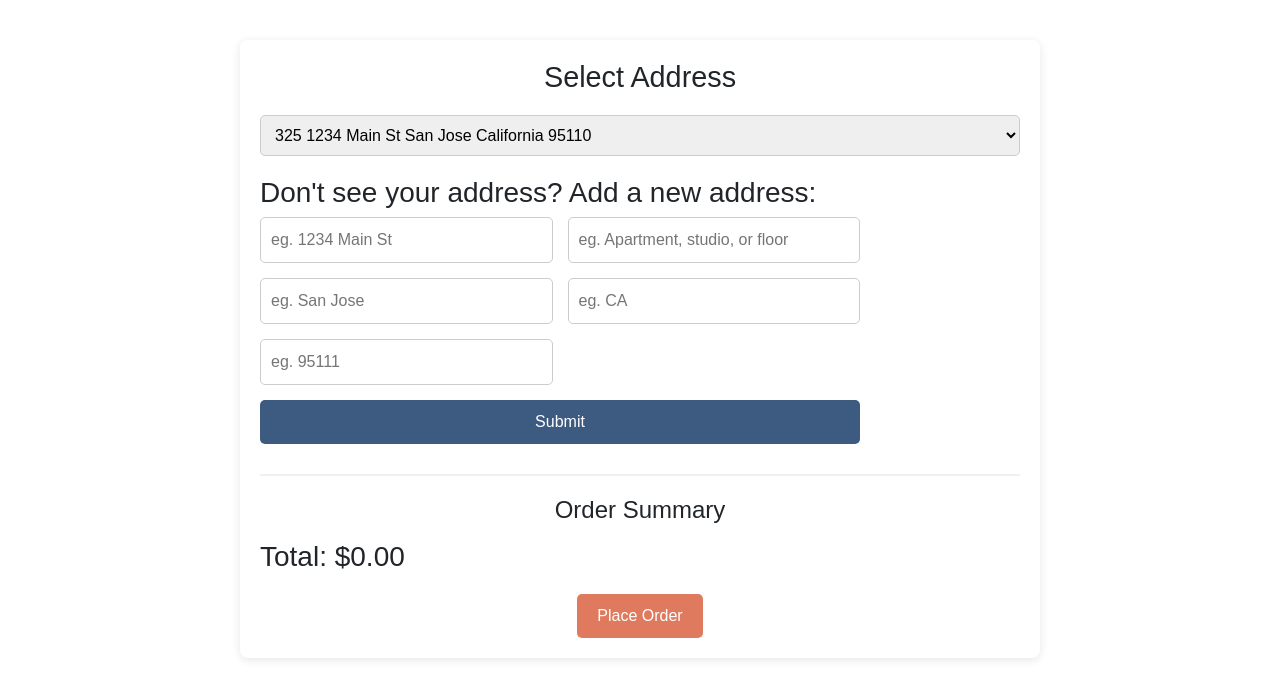
Repository: chelseajaculina/lab2-uber-eats
Page: /order (app in frontend/)
The author's editor kept a copy of each file at every save. The page is drawn from the files as they stood at one save, then again after the next save.
The browser window is 1280 px wide. The pictures show the whole page.
The page's requests for data from a server got no answer. The project was rebuilt for these pictures with package versions that can differ from the ones it lists, and the page was loaded fresh each time. No one was signed in, and anything a server would have sent is missing. Also part of the build but not shown: frontend/src/components/Home.css, frontend/src/components/Logout.css, frontend/src/components/Logout.js, frontend/src/components/CartModal.css, frontend/src/components/CartModal.js, frontend/src/components/NavBarHome.js, frontend/src/components/Home.js, frontend/src/components/CustomerSignUp.js and 25 more.

Above is the page before, as saved 2024-11-19 16:51:53.

### frontend/src/components/OrderPage.js
import React from 'react';
import { useLocation } from 'react-router-dom';
import './OrderPage.css';

const OrderPage = () => {
  const location = useLocation();
  const cart = location.state?.cart || []; // Retrieve cart data from navigation state

  const calculateTotal = () =>
    cart.reduce((total, item) => total + (parseFloat(item.price) || 0) * item.quantity, 0).toFixed(2);

  return (
    <div className="order-page">
      <h2>Select Address</h2>
      <select className="address-dropdown">
        <option value="325 1234 Main St San Jose California 95110">
          325 1234 Main St San Jose California 95110
        </option>
        {/* Add other saved addresses here */}
      </select>
      <h3>Don't see your address? Add a new address:</h3>
      <form className="new-address-form">
        <input type="text" name="street" placeholder="eg. 1234 Main St" />
        <input type="text" name="apartment" placeholder="eg. Apartment, studio, or floor" />
        <input type="text" name="city" placeholder="eg. San Jose" />
        <input type="text" name="state" placeholder="eg. CA" />
        <input type="text" name="zipcode" placeholder="eg. 95111" />
        <button type="submit">Submit</button>
      </form>
      <div className="order-summary">
        <h2>Order Summary</h2>
        {cart.map((item) => (
          <div key={item.id} className="summary-item">
            <span>{item.name}</span>
            <span>Qty: {item.quantity}</span>
            <span>${(parseFloat(item.price) * item.quantity).toFixed(2)}</span>
          </div>
        ))}
        <h3>Total: ${calculateTotal()}</h3>
        <button className="place-order-button">Place Order</button>
      </div>
    </div>
  );
};

export default OrderPage;

### frontend/src/components/SignUp.css
/* Shared container styling for login and signup */
.signup-container {
    display: flex;
    flex-direction: column;
    align-items: center;
    padding: 20px;
    width: 100%;
    background-color: #f7f7f7; /* Light gray background */
}

/* Shared header styling for both signup and login */
.signup-header {
    background-color: transparent;
    width: 100%;
    text-align: center;
    padding: 10px;
}

/* Brand title styling for consistency */
.brand-title {
    color: #000; /* Black color for "Uber" */
    font-size: 24px;
}

.brand-title span {
    color: #34a853; /* Green color for "Eats" */
}

/* Container to hold both forms side by side */
.signup-forms {
    display: flex;
    justify-content: space-between;
    width: 80%;
    max-width: 1200px;
    gap: 20px; /* Space between the two forms */
    margin-top: 20px;
}

/* Styling for each individual form container */
.form-container {
    flex: 1;
    background-color: white;
    padding: 20px;
    border-radius: 10px;
    box-shadow: 0 4px 10px rgba(0, 0, 0, 0.1);
    text-align: center;
}

/* Shared form styling for inputs and buttons */
.signup-form, .login-form {
    display: flex;
    flex-direction: column;
    width: 100%;
    margin-top: 20px;
}

.signup-form h2, h2 {
    text-align: center;
    font-size: 18px;
    margin-bottom: 10px;
    color: #333;
}

.signup-form input,  input {
    width: 100%;
    padding: 12px;
    margin: 8px 0;
    border-radius: 8px;
    border: 1px solid #ccc;
    font-size: 16px;
}

.continue-button {
    background-color: black;
    color: white;
    padding: 12px;
    border: none;
    border-radius: 8px;
    font-size: 16px;
    cursor: pointer;
    margin-top: 10px;
}

.divider {
    display: flex;
    align-items: center;
    text-align: center;
    margin: 20px 0;
}

.line {
    flex: 1;
    height: 1px;
    background-color: #ccc;
    border: none;
}



.google-button, .apple-button, .qr-code-button {
    display: flex;
    align-items: center;
    justify-content: center;
    background-color: #f5f5f5;
    color: black;
    padding: 12px;
    margin: 8px 0;
    border-radius: 8px;
    border: 1px solid #ccc;
    font-size: 16px;
    cursor: pointer;
}

.google-button img, .apple-button img, .qr-code-button img {
    width: 20px;
    height: 20px;
    margin-right: 10px;
}

.disclaimer {
    font-size: 12px;
    color: gray;
    text-align: center;
    margin-top: 10px;
    line-height: 1.5;
}

.link-button {
    color: #000;
    font-weight: bold;
    text-decoration: none;
    cursor: pointer;
    background: #000;  /* Remove default background */
    border: none;      /* Remove default border */
    padding: 0.5rem;   /* Optional padding to make it look button-like */
    color: #fff;
}

/* Responsive design for smaller screens */
@media (max-width: 768px) {
    .signup-forms {
        flex-direction: column;
        align-items: center;
    }

    .form-container {
        width: 100%;
        margin-bottom: 20px;
    }
}


/* Stretch buttons across form container */
.google-button, .apple-button, .qr-code-button {
    display: flex;
    align-items: center;
    justify-content: center;
    background-color: #f5f5f5;
    color: black;
    padding: 12px;
    margin: 8px 0;
    border-radius: 8px;
    border: 1px solid #ccc;
    font-size: 16px;
    cursor: pointer;
    width: 100%; /* Make buttons full width */
    max-width: 300px; /* Optional max-width to keep buttons from getting too wide */
}

/* Center the buttons within the form container */
.signup-form, .login-form {
    display: flex;
    flex-direction: column;
    align-items: center; /* Center all elements horizontally */
    width: 100%;
    margin-top: 20px;
}

/* Center the button icon */
.google-button .icon, .apple-button .icon, .qr-code-button .icon {
    margin-right: 10px;
    font-size: 20px;
}

### frontend/src/components/CustomerProfile.css
/* Main Container */
.dashboard-container {
    display: flex;
    font-family: Arial, sans-serif;
  }

  /* Sidebar */
  .sidebar {
    width: 250px;
    background-color: #000;
    color: #fff;
    padding: 20px;
    min-height: 100vh;
  }

  .sidebar h2 {
    font-size: 1.2em;
    margin-bottom: 20px;
    color: #fff;
  }

  .sidebar ul {
    list-style-type: none;
    padding: 0;
  }

  .sidebar ul li {
    padding: 15px 0;
    color: #ccc;
    cursor: pointer;
  }

  .sidebar ul li:hover,
  .sidebar ul li.active {
    color: #fff;
    background-color: #333;
    padding-left: 10px;
    border-radius: 5px;
  }

  /* Content Section */
  .content {
    flex: 1;
    padding: 40px;
  }

  .content h1 {
    font-size: 2em;
    font-weight: bold;
    margin-bottom: 20px;
  }

  /* Form Styling */
  form {
    display: flex;
    flex-direction: column;
    gap: 15px;
    max-width: 600px;
    margin-bottom: 30px;
  }

  form label {
    font-weight: bold;
    margin-bottom: 5px;
  }

  form input[type="text"],
  form input[type="date"],
  form input[type="email"],
  form input[type="tel"],
  form select {
    width: 100%;
    padding: 10px;
    border: 1px solid #ccc;
    border-radius: 5px;
  }

  form button {
    padding: 10px 15px;
    background-color: #28a745;
    color: #fff;
    border: none;
    border-radius: 5px;
    cursor: pointer;
  }

  form button:hover {
    background-color: #000;
  }

  /* Profile Picture Section */
  .profile-section {
    display: flex;
    align-items: center;
    gap: 10px;
    margin-bottom: 20px;
  }

  .profile-picture {
    width: 100px;
    height: 100px;
    border-radius: 75%;
    object-fit: cover;
    border: 1px solid #ccc;
  }

  .profile-picture-input {
    margin-top: 10px;
  }

  .profile-picture-btn {
    padding: 8px 12px;
    background-color: #28a745;
    color: #fff;
    border: none;
    border-radius: 5px;
    cursor: pointer;
    margin-top: 10px;
  }

  .profile-picture-btn:hover {
    background-color: #000000;
  }

  /* Favorites Section */
  .favorites-section {
    margin-top: 30px;
  }

  .favorites-section h2 {
    font-size: 1.5em;
    font-weight: bold;
    margin-bottom: 10px;
  }

  .favorites-section ul {
    list-style-type: none;
    padding: 0;
  }

  .favorites-section li {
    padding: 10px 0;
    border-bottom: 1px solid #eee;
  }

  /* Edit Icon Styling (optional) */
  .edit-icon {
    cursor: pointer;
    font-size: 1.2em;
    color: #007bff;
    background: #fff;
    border-radius: 50%;
    padding: 5px;
    border: 1px solid #007bff;
  }

### frontend/src/components/Welcome.css
/* General Reset */
* {
    margin: 0;
    padding: 0;
    box-sizing: border-box;
    font-family: Arial, Helvetica, sans-serif;
}

/* Container */
.landing-container {
    width: 100%;
    height: 100vh;
    background: url('/public/images/landing-bg.jpg') center/cover no-repeat;
    color: #000;
    display: flex;
    flex-direction: column;
    margin: 0;
    padding: 0;
}

/* Navigation Bar */
.navbar {
    display: flex;
    justify-content: space-between;
    align-items: center;
    padding: 1rem 2rem;
    background-color: transparent; /* Keep background transparent if desired */
    border-bottom: none; /* Ensure no bottom border */
    box-shadow: none; /* Ensure no shadow */
}


.navbar-left {
    display: flex;
    align-items: center;
    background-color: transparent;
}

.menu-button {
    font-size: 1.5rem;
    background: none;
    border: none;
    cursor: pointer;
    margin-right: 1rem;
    color: #000; /* White icon color */
}

.menu-button:focus {
    outline: none; /* Remove focus outline */
}

.brand-title {
    font-weight: bold;
    font-size: 1.5rem;
    color: #000;
}

.navbar-right {
    display: flex;
    align-items: center;
    background-color: transparent;
}

.navbar-right button {
    padding: 0.5rem 1rem;
    cursor: pointer;
    font-size: 1rem;
    margin-left: 1rem;
    border-radius: 5px;
    border: none; /* Ensure there is no border for solid button effect */
}

/* Log in Button - White with Black Border */
.login-button {
    background-color: #fff;          /* White background */
    color: #000;                     /* Black text */
    border: 1px solid #000;          /* Black border */
    border-radius: 5px;              /* Slightly rounded corners */
}

/* Sign up Button - Green with White Text */
.signup-button {
    background-color: #00ff80;  /* Green background */
    color: #fff;                     /* White text */
    border-radius: 5px;              /* Slightly rounded corners */
}

/* Hero Section */
.hero-section {
    display: flex;
    flex-direction: column;
    align-items: left;
    margin-top: 6rem;
    padding: 2rem;
    color: #000;
}

.hero-section h1 {
    font-size: 3rem;
    font-weight: bold;
    margin-bottom: 2rem;
}

/* Address Input Section */
.address-input-section {
    display: flex;
    align-items: center;
    gap: 1rem;
    width: 100%;
    max-width: 800px;
}

.input-box {
    display: flex;
    align-items: center;
    background: #fff;
    padding: 0.5rem;
    border-radius: 8px;
    flex-grow: 1;
    border: 1px solid #ddd;
}

.input-box .icon {
    margin-right: 0.5rem;
    color: #666;
}

.input-box input {
    border: none;
    outline: none;
    width: 100%;
    font-size: 1rem;
    padding: 0.5rem 0;
}

.delivery-time-dropdown {
    display: flex;
    align-items: center;
    background: #fff;
    padding: 0.5rem;
    border-radius: 8px;
    border: 1px solid #ddd;
}

.delivery-time-dropdown .icon {
    margin-right: 0.5rem;
    color: #666;
}

.delivery-time-dropdown select {
    border: none;
    outline: none;
    font-size: 1rem;
    background: transparent;
}

/* Search Button */
.search-button {
    background-color: #000;
    color: #fff;
    padding: 0.75rem 1.5rem;
    border: none;
    cursor: pointer;
    border-radius: 8px;
    font-weight: bold;
}

/* Sign In Link */
.signin-link {
    margin-top: 1rem;
    font-size: 1rem;
    color: #666;
}

.signin-link a {
    color: #000;
    font-weight: bold;
    text-decoration: none;
}

.signin-link a:hover {
    text-decoration: underline;
}

.link-button {
    color: #000;
    font-weight: bold;
    text-decoration: none;
    cursor: pointer;
    background: none;  /* Remove default background */
    border: none;      /* Remove default border */
    padding: 0.5rem;   /* Optional padding to make it look button-like */
}

.link-button:hover {
    text-decoration: underline; /* Add underline on hover */
}

### frontend/src/components/RestaurantProfile.css
/* Main Container */
.dashboard-container {
    display: flex;
    font-family: Arial, sans-serif;
  }

  /* Sidebar */
  .sidebar {
    width: 250px;
    background-color: #000;
    color: #fff;
    padding: 20px;
    min-height: 100vh;
  }

  .sidebar h2 {
    font-size: 1.2em;
    margin-bottom: 20px;
    color: #fff;
  }

  .sidebar ul {
    list-style-type: none;
    padding: 0;
  }

  .sidebar ul li {
    padding: 15px 0;
    color: #ccc;
    cursor: pointer;
  }

  .sidebar ul li:hover,
  .sidebar ul li.active {
    color: #fff;
    background-color: #333;
    padding-left: 10px;
    border-radius: 5px;
  }

  /* Content Section */
  .content {
    flex: 1;
    padding: 40px;
  }

  .content h1 {
    font-size: 2em;
    font-weight: bold;
    margin-bottom: 20px;
  }

  /* Form Styling */
  form {
    display: flex;
    flex-direction: column;
    gap: 15px;
    max-width: 600px;
    margin-bottom: 30px;
  }

  form label {
    font-weight: bold;
    margin-bottom: 5px;
  }

  form input[type="text"],
  form input[type="date"],
  form input[type="email"],
  form input[type="tel"],
  form select {
    width: 100%;
    padding: 10px;
    border: 1px solid #ccc;
    border-radius: 5px;
  }

  form button {
    padding: 10px 15px;
    background-color: #28a745;
    color: #fff;
    border: none;
    border-radius: 5px;
    cursor: pointer;
  }

  form button:hover {
    background-color: #000;
  }

  /* Profile Picture Section */
  .profile-section {
    display: flex;
    align-items: center;
    gap: 10px;
    margin-bottom: 20px;
  }

  .profile-picture {
    width: 100px;
    height: 100px;
    border-radius: 75%;
    object-fit: cover;
    border: 1px solid #ccc;
  }

  .profile-picture-input {
    margin-top: 10px;
  }

  .profile-picture-btn {
    padding: 8px 12px;
    background-color: #28a745;
    color: #fff;
    border: none;
    border-radius: 5px;
    cursor: pointer;
    margin-top: 10px;
  }

  .profile-picture-btn:hover {
    background-color: #000000;
  }

  /* Favorites Section */
  .favorites-section {
    margin-top: 30px;
  }

  .favorites-section h2 {
    font-size: 1.5em;
    font-weight: bold;
    margin-bottom: 10px;
  }

  .favorites-section ul {
    list-style-type: none;
    padding: 0;
  }

  .favorites-section li {
    padding: 10px 0;
    border-bottom: 1px solid #eee;
  }

  /* Edit Icon Styling (optional) */
  .edit-icon {
    cursor: pointer;
    font-size: 1.2em;
    color: #007bff;
    background: #fff;
    border-radius: 50%;
    padding: 5px;
    border: 1px solid #007bff;
  }

### frontend/src/components/RestaurantMenu.css
/* General Reset */
* {
  margin: 0;
  padding: 0;
  box-sizing: border-box;
  font-family: Arial, Helvetica, sans-serif;
}

/* Container for the entire menu section */
.restaurant-menu {
  width: 100%;
  padding: 20px;
  display: flex;
  flex-direction: column;
  align-items: center;
  background-color: #f5f5f5;
}

/* Title of the menu */
.menu-title {
  font-size: 2rem;
  margin-bottom: 20px;
  color: #333;
}

/* Section for the add dish button */
.add-dish-section {
  width: 100%;
  display: flex;
  justify-content: center;
  margin-bottom: 20px;
}

.add-dish-button {
  padding: 10px 20px;
  font-size: 1rem;
  background-color: black;
  color: white;
  border: none;
  border-radius: 5px;
  cursor: pointer;
  transition: background-color 0.3s;
}

.add-dish-button:hover {
  background-color: #333;
}

/* Dishes list */
.dishes-list {
  width: 100%;
  display: flex;
  flex-wrap: wrap;
  justify-content: center;
  gap: 20px;
}

/* Individual dish card */
.dish-card {
  background-color: white;
  width: 250px;
  padding: 10px;
  border-radius: 10px;
  box-shadow: 0 4px 8px rgba(0, 0, 0, 0.1);
  text-align: center;
  display: flex;
  flex-direction: column;
  align-items: center;
}

.dish-image {
  width: 100%;
  height: 180px;
  object-fit: cover;
  border-radius: 10px;
  margin-bottom: 10px;
}

.dish-card h3 {
  font-size: 1.2rem;
  color: #333;
}

.dish-card p {
  font-size: 0.9rem;
  color: #555;
}

.dish-card strong {
  color: #000;
}

/* Modal overlay */
.modal-overlay {
  position: fixed;
  top: 0;
  left: 0;
  width: 100%;
  height: 100%;
  background-color: rgba(0, 0, 0, 0.5);
  display: flex;
  justify-content: center;
  align-items: center;
}

/* Modal content */
.modal-content {
  background-color: white;
  padding: 20px;
  width: 400px;
  border-radius: 10px;
  box-shadow: 0 4px 8px rgba(0, 0, 0, 0.2);
}

.modal-content h2 {
  font-size: 1.5rem;
  margin-bottom: 20px;
  color: #333;
}

.dish-form {
  display: flex;
  flex-direction: column;
  gap: 10px;
}

.dish-form input,
.dish-form select,
.dish-form textarea {
  padding: 10px;
  font-size: 1rem;
  border: 1px solid #ccc;
  border-radius: 5px;
  width: 100%;
  box-sizing: border-box;
}

.dish-form textarea {
  resize: vertical;
  height: 100px;
}

.form-buttons {
  display: flex;
  justify-content: space-between;
}

.save-button {
  background-color: #00cc66;
  color: white;
  padding: 10px 20px;
  border: none;
  border-radius: 5px;
  cursor: pointer;
  transition: background-color 0.3s;
}

.save-button:hover {
  background-color: #00a653;
}

.cancel-button {
  background-color: #ccc;
  color: #333;
  padding: 10px 20px;
  border: none;
  border-radius: 5px;
  cursor: pointer;
  transition: background-color 0.3s;
}

.cancel-button:hover {
  background-color: #bbb;
}

/* Price input styling */
.price-input {
  display: flex;
  align-items: center;
}

.price-input span {
  margin-right: 10px;
  font-size: 1rem;
  color: #333;
}

/* Loading message */
.loading {
  text-align: center;
  font-size: 1.2rem;
  color: #333;
}

### frontend/src/components/OrderPage.css
.order-page {
    max-width: 800px;
    margin: 40px auto;
    background-color: white;
    padding: 20px;
    border-radius: 8px;
    box-shadow: 0 2px 10px rgba(0, 0, 0, 0.1);
  }

  .order-page h2 {
    font-size: 1.8rem;
    margin-bottom: 20px;
    text-align: center;
  }

  .address-dropdown {
    width: 100%;
    padding: 10px;
    border: 1px solid #ccc;
    border-radius: 5px;
    margin-bottom: 20px;
  }

  .new-address-form {
    display: grid;
    grid-template-columns: 1fr 1fr;
    gap: 15px;
    margin-bottom: 20px;
  }

  .new-address-form input {
    width: 100%;
    padding: 10px;
    border: 1px solid #ccc;
    border-radius: 5px;
  }

  .new-address-form button {
    grid-column: span 2;
    background-color: #3d5a80;
    color: white;
    border: none;
    padding: 10px;
    border-radius: 5px;
    cursor: pointer;
  }

  .new-address-form button:hover {
    opacity: 0.9;
  }

  .order-summary {
    margin-top: 30px;
    border-top: 2px solid #f0f0f0;
    padding-top: 20px;
  }

  .order-summary h2 {
    font-size: 1.5rem;
    margin-bottom: 15px;
  }

  .summary-item {
    display: flex;
    justify-content: space-between;
    padding: 10px 0;
    border-bottom: 1px solid #f0f0f0;
  }

  .summary-item:last-child {
    border-bottom: none;
  }

  .place-order-button {
    background-color: #e07a5f;
    color: white;
    border: none;
    padding: 10px 20px;
    border-radius: 5px;
    cursor: pointer;
    display: block;
    margin: 20px auto 0;
    font-size: 1rem;
  }

  .place-order-button:hover {
    opacity: 0.9;
  }

Loaded but not shown: frontend/public/index.html (common file); frontend/src/App.js (86 lines, source omitted); frontend/src/contexts/CartContext.js (42 lines, source omitted); frontend/src/index.js (14 lines, source omitted); frontend/src/components/NavBar.css (372 lines, source omitted); frontend/src/components/NavBarBusiness.css (260 lines, source omitted)

After the next save:
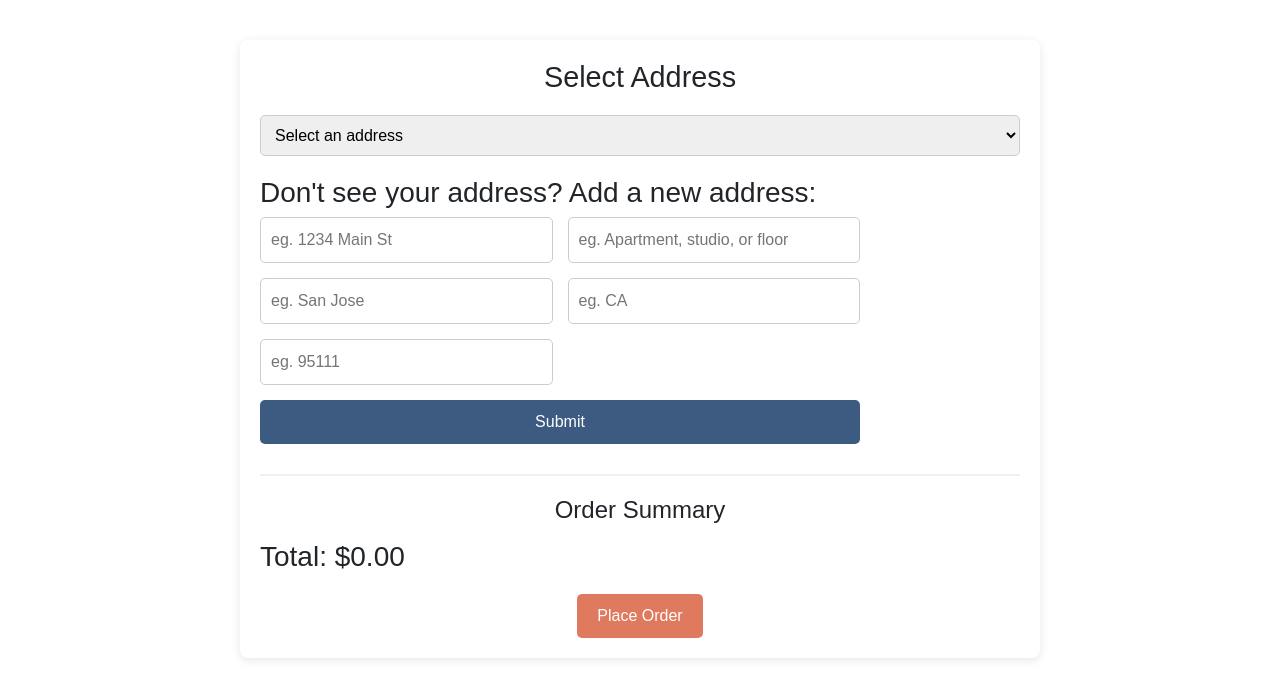
Saved 2 min 37 s later.
--- a/frontend/src/components/OrderPage.js
+++ b/frontend/src/components/OrderPage.js
@@ -1,22 +1,57 @@
-import React from 'react';
+import React, { useState, useEffect } from 'react';
 import { useLocation } from 'react-router-dom';
 import './OrderPage.css';
 
 const OrderPage = () => {
   const location = useLocation();
   const cart = location.state?.cart || []; // Retrieve cart data from navigation state
+  const [addresses, setAddresses] = useState([]); // State for saved addresses
+  const [selectedAddress, setSelectedAddress] = useState(''); // State for the selected address
 
+  // Function to calculate total amount
   const calculateTotal = () =>
     cart.reduce((total, item) => total + (parseFloat(item.price) || 0) * item.quantity, 0).toFixed(2);
+
+  // Fetch saved addresses from the backend
+  useEffect(() => {
+    const fetchAddresses = async () => {
+      try {
+        const response = await fetch('/api/customers/addresses', {
+          method: 'GET',
+          headers: {
+            'Content-Type': 'application/json',
+            Authorization: `Bearer ${localStorage.getItem('token')}`, // Add token if needed for authentication
+          },
+        });
+
+        if (response.ok) {
+          const data = await response.json();
+          setAddresses(data.addresses); // Assuming the API returns an object with an 'addresses' array
+        } else {
+          console.error('Failed to fetch addresses');
+        }
+      } catch (error) {
+        console.error('Error fetching addresses:', error);
+      }
+    };
+
+    fetchAddresses();
+  }, []);
 
   return (
     <div className="order-page">
       <h2>Select Address</h2>
-      <select className="address-dropdown">
-        <option value="325 1234 Main St San Jose California 95110">
-          325 1234 Main St San Jose California 95110
-        </option>
-        {/* Add other saved addresses here */}
+      <select
+        className="address-dropdown"
+        value={selectedAddress}
+        onChange={(e) => setSelectedAddress(e.target.value)}
+      >
+        <option value="">Select an address</option>
+        {addresses.map((address, index) => (
+          <option key={index} value={address}>
+            {address}
+          </option>
+        ))}
       </select>
       <h3>Don't see your address? Add a new address:</h3>
       <form className="new-address-form">
